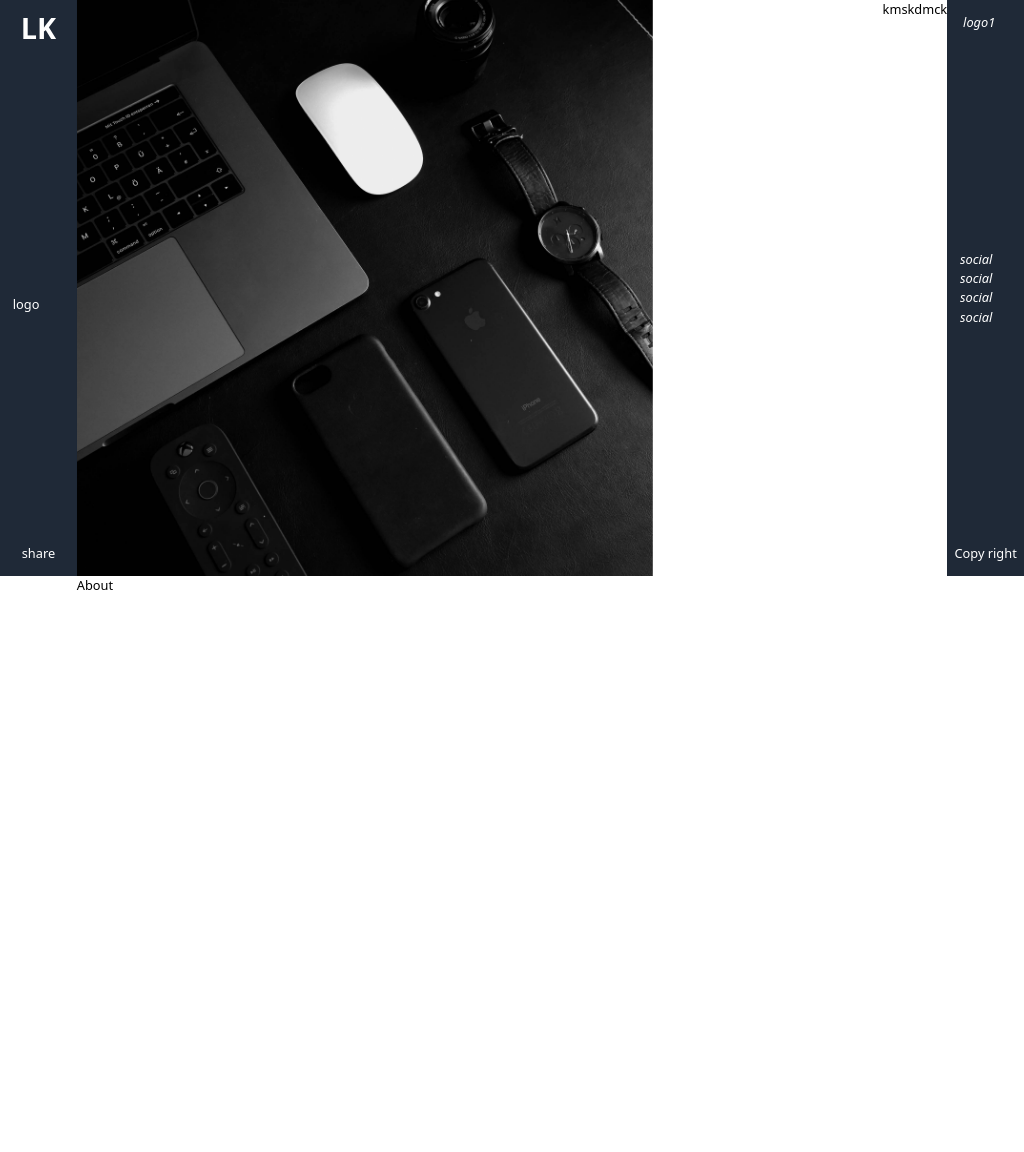
Repository: linco6054/template-tailwindcss
Page: index.html
An editor plug-in stored every save of this project. The page is shown before and after a run of saves, followed by the edit.
The browser window is 1280 px wide. The pictures show the whole page, at 80% of full size.

Above is the page before, as saved 2021-08-17 15:53:20.

### index.html
<!DOCTYPE html>
<html lang="en">

  <head>
    <meta charset="UTF-8" />
    <meta http-equiv="X-UA-Compatible" content="IE=edge" />
    <meta name="viewport" content="width=device-width, initial-scale=1.0" />
    <link href="https://unpkg.com/tailwindcss@^2/dist/tailwind.min.css" rel="stylesheet" />

    <title>Document</title>
  </head>

  <body class="text-white relative max-w-full h-auto flex flex-col lg:flex-row">
    <!-- nav -->
    <nav class="
        fixed
        top-0
        lg:left-0
        overflow-hidden
        bg-gray-800
        h-20
        flex
        justify-between
        lg:flex-col
        items-center
        w-full
        lg:w-24 lg:h-screen
      ">
      <span>
        <h1 class="mx-4 lg:mt-4 text-4xl font-bold">LK</h1>
      </span>
      <div class="mx-4 cursor-pointer">
        <i class="opacity-0 hover:opacity-100">menu</i>
        <span>logo</span>
      </div>

      <span class="mx-4 lg:mb-4">share</span>
    </nav>
    <!-- pages -->
    <section class="
        px-0
        lg:px-24
        overflow-hidden
        flex-col
        md:w-4/5
        lg:w-full
        h-auto
        text-black
        pt-20
        md:pt-0

      ">
      <div class="h-screen w-full relative overflow-hidden">
    <img class="absolute z-0  h-full" src="/images/bg.jpg" alt="">

        <div class=" absolute top-0 right-0">
          kmskdmck </div>
      </div>
      </div>
      <div class="h-screen">About</div>
    </section>
    <!-- footer -->
    <footer class="
        lg:fixed lg:right-0
        overflow-hidden
        w-full
        lg:w-24
        bg-gray-800
        h-20
        flex
        lg:h-screen
        flex-row-reverse
        justify-between
        items-center
        lg:flex-col
      ">
      <span class="mr-4 lg:mt-4">
        <i>logo1</i>
      </span>
      <span class="ml-4">
        <i>social</i>
        <i>social</i>
        <i>social</i>
        <i>social</i>
      </span>
      <span class="hidden lg:block lg:mb-4">Copy right</span>
    </footer>
  </body>

</html>

After the next 2 saves:
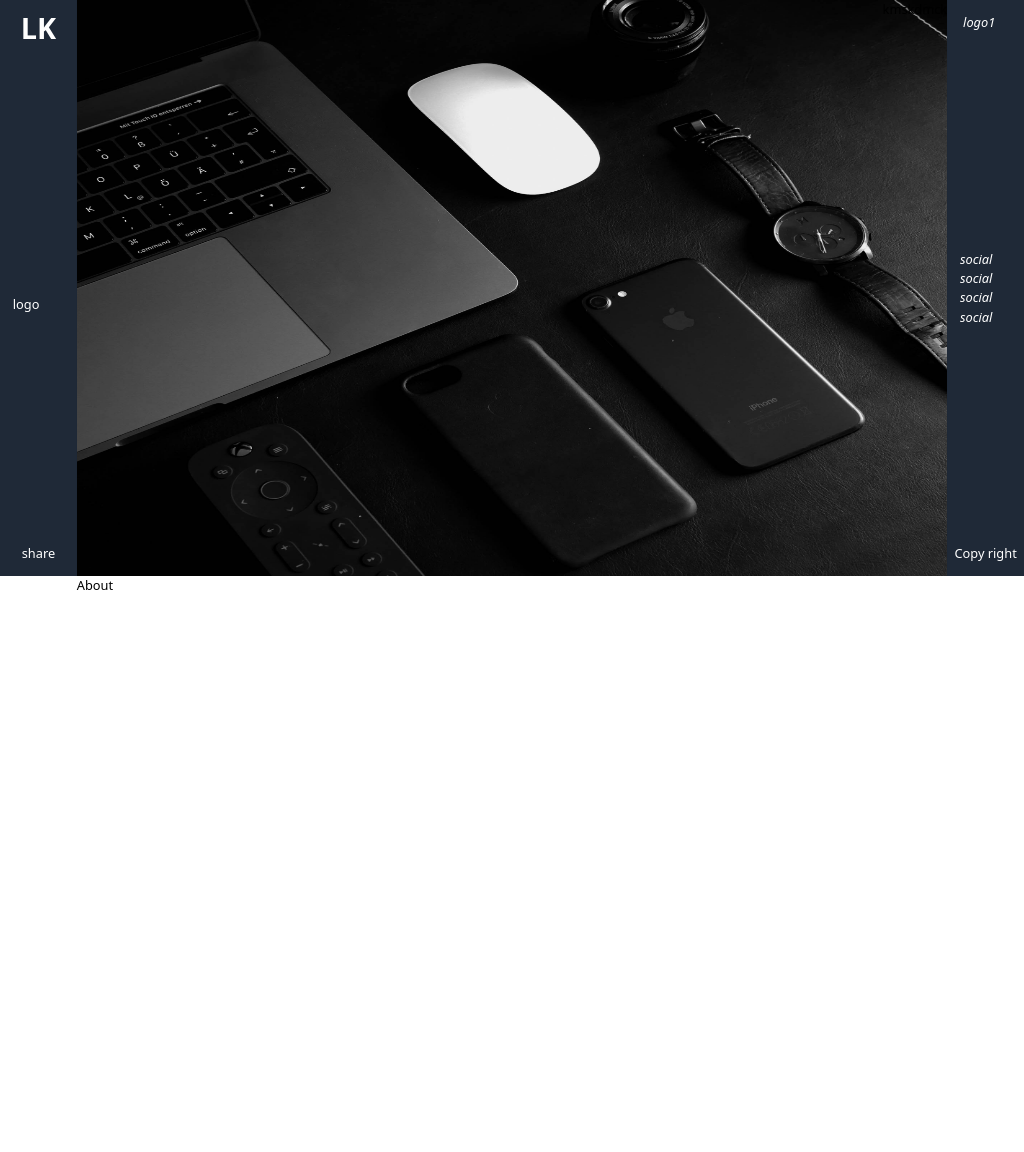
The 2 saves are shown as one change because they came seconds apart.
The last was saved 24 s later.
--- a/index.html
+++ b/index.html
@@ -51,7 +51,7 @@
 
       ">
       <div class="h-screen w-full relative overflow-hidden">
-    <img class="absolute z-0  h-full" src="/images/bg.jpg" alt="">
+    <img class="absolute z-0  h-full w-full" src="/images/bg.jpg" alt="">
 
         <div class=" absolute top-0 right-0">
           kmskdmck </div>
